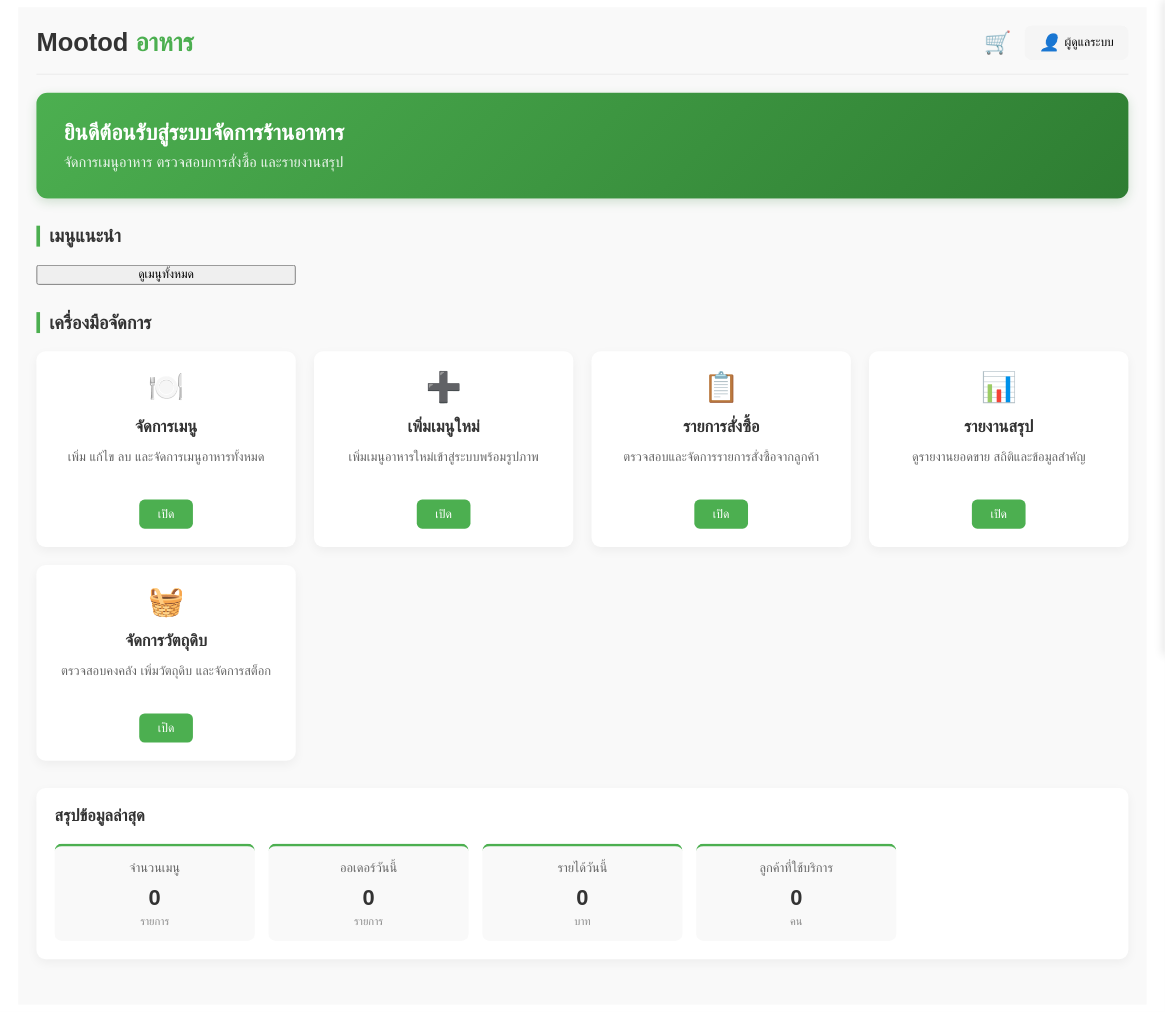
Repository: KwaunchaiJankaikot/mootod
Page: / (app in frontend/)
These files come from the project's save history. The page is drawn as it stood at one moment and after a run of saves; the edit follows.
The browser window is 1280 px wide. The pictures show the whole page, at 91% of full size.
The page's requests for data from a server got no answer. The project was rebuilt for these pictures with package versions that can differ from the ones it lists, and the page was loaded fresh each time. No one was signed in, and anything a server would have sent is missing. Also part of the build but not shown: frontend/vue.config.js, frontend/src/components/CheckoutPage.vue, frontend/src/components/AddMenu.vue, frontend/src/components/MenuList.vue, frontend/src/components/EditMenu.vue, frontend/src/components/InventoryPage.vue.

Above is the page before, as saved 2025-04-23 01:04:02.

### frontend/public/index.html
<!DOCTYPE html>
<html lang="">
  <head>
    <meta charset="utf-8">
    <meta http-equiv="X-UA-Compatible" content="IE=edge">
    <meta name="viewport" content="width=device-width,initial-scale=1.0">
    <link rel="icon" href="<%= BASE_URL %>favicon.ico">
    <title><%= htmlWebpackPlugin.options.title %></title>
    <link href="https://fonts.googleapis.com/icon?family=Material+Icons" rel="stylesheet">
    <link rel="stylesheet" href="https://fonts.googleapis.com/css2?family=Material+Symbols+Outlined:opsz,wght,FILL,GRAD@24,400,0,0" />
  </head>
  <body>
    <noscript>
      <strong>We're sorry but <%= htmlWebpackPlugin.options.title %> doesn't work properly without JavaScript enabled. Please enable it to continue.</strong>
    </noscript>
    <div id="app"></div>
    <!-- built files will be auto injected -->
  </body>
</html>

### frontend/src/main.js
import { createApp } from 'vue';
import App from './App.vue';
import router from './router';

const app = createApp(App);
app.use(router);  // ติดตั้ง Vue Router
app.mount('#app');

### frontend/src/App.vue
<template>
  <div id="app">
    <router-view></router-view>
  </div>
</template>

<script>
export default {
  name: 'App',
};
</script>

### frontend/src/router/index.js
import { createRouter, createWebHistory } from 'vue-router';
import HomePage from '../components/HomePage.vue';
import AddMenu from '../components/AddMenu.vue';
import MenuList from '../components/MenuList.vue';
import EditMenu from '../components/EditMenu.vue';
import InventoryPage from '../components/InventoryPage.vue';

const routes = [
  {
    path: '/',
    name: 'Home',
    component: HomePage
  },
  {
    path: '/add-menu',
    name: 'Menu',
    component: AddMenu
  },
  {
    path: '/menu-list',
    name: 'MenuList',
    component: MenuList
  },
  {
    path: '/edit-menu/:id',
    name: 'edit-menu',
    component: EditMenu,
    props: true,
  },

  {
    path: '/inventorypage',
    name: 'inventorypage',
    component: InventoryPage,
  },
];

const router = createRouter({
  history: createWebHistory(process.env.BASE_URL),
  routes
});

export default router;

### frontend/src/components/HomePage.vue
<template>
  <div class="home-container">
    <header class="header">
      <div class="logo">
        <img src="@/assets/logo.png" alt="Mootod Logo" v-if="false" />
        <h1>Mootod <span>อาหาร</span></h1>
      </div>
      <div class="right-menu">
        <div class="cart-icon" @click="toggleCart">
          <span>🛒</span>
          <span class="cart-badge" v-if="cartItems.length > 0">{{
            cartItems.length
          }}</span>
        </div>
        <button class="user-btn">
          <i class="user-icon">👤</i>
          <span>ผู้ดูแลระบบ</span>
        </button>
      </div>
    </header>

    <!-- ตะกร้าสินค้า -->
    <CartSidebar
      :cartItems="cartItems"
      :isCartOpen="isCartOpen"
      @close-cart="toggleCart"
      @remove-item="removeFromCart"
      @increase-quantity="increaseQuantity"
      @decrease-quantity="decreaseQuantity"
      @go-to-checkout="goToCheckout"
    />

    <!-- หน้าชำระเงิน -->
    <CheckoutPage
      v-if="isCheckoutModalOpen"
      :cartItems="cartItems"
      @close-checkout="closeCheckoutModal"
      @payment-success="handlePaymentSuccess"
    />

    <div class="welcome-banner">
      <div class="banner-content">
        <h2>ยินดีต้อนรับสู่ระบบจัดการร้านอาหาร</h2>
        <p>จัดการเมนูอาหาร ตรวจสอบการสั่งซื้อ และรายงานสรุป</p>
      </div>
    </div>

    <!-- แสดงรายการเมนู -->
    <h3 class="section-title">เมนูแนะนำ</h3>
    <div class="menu-cards">
      <div v-for="menu in menus" :key="menu.id" class="menu-card">
        <div class="card-image-container">
          <img :src="menu.image_url" alt="เมนูอาหาร" class="card-image" />
        </div>
        <div class="card-content">
          <h3>{{ menu.name }}</h3>
          <p>{{ menu.description }}</p>
          <div class="card-footer">
            <span class="price">{{ menu.price }} บาท</span>
            <button class="card-btn" @click="addToCart(menu)">สั่งอาหาร</button>
          </div>
        </div>
      </div>
      <button class="view-btn" @click="viewAllMenus">ดูเมนูทั้งหมด</button>
    </div>

    <!-- ส่วนอื่นๆ ของหน้าจัดการ -->
    <h3 class="section-title">เครื่องมือจัดการ</h3>
    <div class="admin-cards">
      <div class="card" @click="goTo('menu')">
        <div class="card-icon">🍽️</div>
        <h3>จัดการเมนู</h3>
        <p>เพิ่ม แก้ไข ลบ และจัดการเมนูอาหารทั้งหมด</p>
        <button class="card-btn">เปิด</button>
      </div>

      <div class="card" @click="goTo('add-menu')">
        <div class="card-icon">➕</div>
        <h3>เพิ่มเมนูใหม่</h3>
        <p>เพิ่มเมนูอาหารใหม่เข้าสู่ระบบพร้อมรูปภาพ</p>
        <button class="card-btn">เปิด</button>
      </div>

      <div class="card" @click="goTo('orders')">
        <div class="card-icon">📋</div>
        <h3>รายการสั่งซื้อ</h3>
        <p>ตรวจสอบและจัดการรายการสั่งซื้อจากลูกค้า</p>
        <button class="card-btn">เปิด</button>
      </div>

      <div class="card" @click="goTo('reports')">
        <div class="card-icon">📊</div>
        <h3>รายงานสรุป</h3>
        <p>ดูรายงานยอดขาย สถิติและข้อมูลสำคัญ</p>
        <button class="card-btn">เปิด</button>
      </div>

      <div class="card" @click="goTo('inventorypage')">
        <div class="card-icon">🧺</div>
        <h3>จัดการวัตถุดิบ</h3>
        <p>ตรวจสอบคงคลัง เพิ่มวัตถุดิบ และจัดการสต็อก</p>
        <button class="card-btn">เปิด</button>
      </div>
    </div>

    <div class="quick-stats">
      <h3>สรุปข้อมูลล่าสุด</h3>
      <div class="stats-grid">
        <div class="stat-card">
          <h4>จำนวนเมนู</h4>
          <div class="stat-value">{{ totalMenus || menus.length }}</div>
          <div class="stat-label">รายการ</div>
        </div>

        <div class="stat-card">
          <h4>ออเดอร์วันนี้</h4>
          <div class="stat-value">0</div>
          <div class="stat-label">รายการ</div>
        </div>

        <div class="stat-card">
          <h4>รายได้วันนี้</h4>
          <div class="stat-value">0</div>
          <div class="stat-label">บาท</div>
        </div>

        <div class="stat-card">
          <h4>ลูกค้าที่ใช้บริการ</h4>
          <div class="stat-value">0</div>
          <div class="stat-label">คน</div>
        </div>
      </div>
    </div>
  </div>
</template>

<script>
import axios from "axios";
import CartSidebar from "@/components/CartSidebar.vue";
import CheckoutPage from "@/components/CheckoutPage.vue";

export default {
  name: "HomePage",
  components: {
    CartSidebar,
    CheckoutPage
  },
  data() {
    return {
      menus: [],
      totalMenus: 0,
      cartItems: [],
      isCartOpen: false,
      isCheckoutModalOpen: false,
    };
  },
  mounted() {
    this.fetchMenus();
    // โหลดข้อมูลตะกร้าจาก localStorage (ถ้ามี)
    const savedCart = localStorage.getItem("cart");
    if (savedCart) {
      this.cartItems = JSON.parse(savedCart);
    }
  },
  methods: {
    goTo(route) {
      switch (route) {
        case "menu":
          this.$router.push("/menu-list");
          break;
        case "add-menu":
          this.$router.push("/add-menu");
          break;
        case "orders":
          this.$router.push("/orders");
          break;
        case "reports":
          this.$router.push("/reports");
          break;
         case "inventorypage":
          this.$router.push("/inventorypage");
          break;
        default:
          this.$router.push("/");
      }
    },
    fetchMenus() {
      axios
        .get("http://localhost:5000/menus") // เปลี่ยนเป็น URL ของ API ที่คุณใช้
        .then((response) => {
          this.menus = response.data; // บันทึกข้อมูลเมนูใน state
          this.totalMenus = this.menus.length;
        })
        .catch((error) => {
          console.error("เกิดข้อผิดพลาดในการดึงข้อมูลเมนู:", error);
          this.totalMenus = this.menus.length;
        });
    },
    // ฟังก์ชันเกี่ยวกับตะกร้าสินค้า
    addToCart(menu) {
      // ตรวจสอบว่ามีรายการนี้ในตะกร้าหรือไม่
      const existingItem = this.cartItems.find((item) => item.id === menu.id);

      if (existingItem) {
        // ถ้ามีอยู่แล้ว เพิ่มจำนวน
        existingItem.quantity += 1;
      } else {
        // ถ้ายังไม่มี เพิ่มรายการใหม่พร้อมจำนวน = 1
        this.cartItems.push({
          ...menu,
          quantity: 1,
        });
      }

      // บันทึกลง localStorage
      this.saveCart();

      // เปิดตะกร้าสินค้า
      this.isCartOpen = true;
    },
    toggleCart() {
      this.isCartOpen = !this.isCartOpen;
    },
    removeFromCart(index) {
      this.cartItems.splice(index, 1);
      this.saveCart();
    },
    increaseQuantity(index) {
      this.cartItems[index].quantity += 1;
      this.saveCart();
    },
    decreaseQuantity(index) {
      if (this.cartItems[index].quantity > 1) {
        this.cartItems[index].quantity -= 1;
      } else {
        // ถ้าเหลือแค่ 1 ชิ้น แล้วกดลด ให้ลบรายการออกจากตะกร้า
        this.removeFromCart(index);
      }
      this.saveCart();
    },
    saveCart() {
      localStorage.setItem("cart", JSON.stringify(this.cartItems));
    },
    // ฟังก์ชันเกี่ยวกับการชำระเงิน
    goToCheckout() {
      this.isCheckoutModalOpen = true;
      this.isCartOpen = false; // ปิดตะกร้าเมื่อไปที่หน้าชำระเงิน
    },
    closeCheckoutModal() {
      this.isCheckoutModalOpen = false;
    },
    handlePaymentSuccess() {
      // ล้างตะกร้า
      this.cartItems = [];
      this.saveCart();
      // ปิดหน้าชำระเงิน (จะถูกจัดการโดย CheckoutPage component แล้ว)
    },
  },
};
</script>

<style scoped>
.home-container {
  max-width: 1200px;
  margin: 0 auto;
  padding: 20px;
  font-family: "Prompt", "Kanit", sans-serif;
  background-color: #f9f9f9;
  position: relative;
}

/* Header */
.header {
  display: flex;
  justify-content: space-between;
  align-items: center;
  margin-bottom: 20px;
  padding-bottom: 15px;
  border-bottom: 1px solid #eaeaea;
}

.logo {
  display: flex;
  align-items: center;
}

.logo h1 {
  font-size: 28px;
  font-weight: 700;
  color: #333;
  margin: 0;
}

.logo span {
  color: #4caf50;
}

.logo img {
  height: 40px;
  margin-right: 10px;
}

.right-menu {
  display: flex;
  align-items: center;
  gap: 15px;
}

.cart-icon {
  position: relative;
  cursor: pointer;
  font-size: 24px;
}

.cart-badge {
  position: absolute;
  top: -8px;
  right: -8px;
  background-color: #f44336;
  color: white;
  border-radius: 50%;
  width: 18px;
  height: 18px;
  font-size: 12px;
  display: flex;
  align-items: center;
  justify-content: center;
}

.user-btn {
  display: flex;
  align-items: center;
  background: #f5f5f5;
  border: none;
  border-radius: 8px;
  padding: 8px 16px;
  cursor: pointer;
  transition: background-color 0.2s;
}

.user-btn:hover {
  background: #eaeaea;
}

.user-icon {
  margin-right: 5px;
  font-size: 18px;
}

/* Welcome Banner */
.welcome-banner {
  background: linear-gradient(135deg, #4caf50 0%, #2e7d32 100%);
  border-radius: 12px;
  padding: 30px;
  margin-bottom: 30px;
  color: white;
  box-shadow: 0 4px 12px rgba(46, 125, 50, 0.2);
}

.banner-content h2 {
  font-size: 24px;
  margin: 0 0 10px 0;
  font-weight: 600;
}

.banner-content p {
  font-size: 16px;
  margin: 0;
  opacity: 0.9;
}

/* Section Titles */
.section-title {
  font-size: 20px;
  font-weight: 600;
  color: #333;
  margin-top: 30px;
  margin-bottom: 20px;
  border-left: 4px solid #4caf50;
  padding-left: 10px;
}

/* Menu Cards - แสดงเมนูอาหาร */
.menu-cards {
  display: grid;
  grid-template-columns: repeat(auto-fill, minmax(280px, 1fr));
  gap: 20px;
  margin-bottom: 30px;
}

.menu-card {
  background: white;
  border-radius: 10px;
  overflow: hidden;
  box-shadow: 0 4px 12px rgba(0, 0, 0, 0.05);
  transition: transform 0.3s ease, box-shadow 0.3s ease;
  cursor: pointer;
}

.menu-card:hover {
  transform: translateY(-5px);
  box-shadow: 0 8px 20px rgba(0, 0, 0, 0.1);
}

.card-image-container {
  width: 100%;
  height: 180px;
  overflow: hidden;
}

.card-image {
  width: 100%;
  height: 100%;
  object-fit: cover;
  transition: transform 0.3s ease;
}

.menu-card:hover .card-image {
  transform: scale(1.05);
}

.card-content {
  padding: 15px;
}

.card-content h3 {
  font-size: 18px;
  margin: 0 0 8px 0;
  color: #333;
}

.card-content p {
  font-size: 14px;
  color: #666;
  margin: 0 0 15px 0;
  height: 40px;
  overflow: hidden;
  display: -webkit-box;
  -webkit-line-clamp: 2;
  -webkit-box-orient: vertical;
}

.card-footer {
  display: flex;
  justify-content: space-between;
  align-items: center;
}

.price {
  font-weight: 600;
  color: #4caf50;
}

/* Admin Cards - การ์ดจัดการระบบ */
.admin-cards {
  display: grid;
  grid-template-columns: repeat(auto-fill, minmax(250px, 1fr));
  gap: 20px;
  margin-bottom: 30px;
}

.card {
  background: white;
  border-radius: 10px;
  padding: 20px;
  box-shadow: 0 4px 12px rgba(0, 0, 0, 0.05);
  text-align: center;
  transition: transform 0.3s ease, box-shadow 0.3s ease;
  cursor: pointer;
}

.card:hover {
  transform: translateY(-5px);
  box-shadow: 0 8px 20px rgba(0, 0, 0, 0.1);
}

.card-icon {
  font-size: 32px;
  margin-bottom: 15px;
}

.card h3 {
  font-size: 18px;
  margin: 0 0 10px 0;
  color: #333;
}

.card p {
  color: #666;
  font-size: 14px;
  margin-bottom: 15px;
  height: 40px;
  overflow: hidden;
  display: -webkit-box;
  -webkit-line-clamp: 2;
  -webkit-box-orient: vertical;
}

.card-btn {
  background-color: #4caf50;
  color: white;
  border: none;
  padding: 8px 20px;
  border-radius: 6px;
  cursor: pointer;
  font-weight: 500;
  transition: background-color 0.2s;
}

.card-btn:hover {
  background-color: #45a049;
}

/* Quick Stats */
.quick-stats {
  background: white;
  border-radius: 10px;
  padding: 20px;
  box-shadow: 0 4px 12px rgba(0, 0, 0, 0.05);
  margin-bottom: 30px;
}

.quick-stats h3 {
  margin-top: 0;
  margin-bottom: 20px;
  color: #333;
  font-size: 18px;
  font-weight: 600;
}

.stats-grid {
  display: grid;
  grid-template-columns: repeat(auto-fill, minmax(200px, 1fr));
  gap: 15px;
}

.stat-card {
  background: #f9f9f9;
  padding: 15px;
  border-radius: 8px;
  text-align: center;
  border-top: 3px solid #4caf50;
}

.stat-card h4 {
  font-size: 14px;
  font-weight: 500;
  color: #666;
  margin: 0 0 10px 0;
}

.stat-value {
  font-size: 24px;
  font-weight: 600;
  color: #333;
  margin-bottom: 5px;
}

.stat-label {
  font-size: 12px;
  color: #888;
}

/* Responsive */
@media (max-width: 768px) {
  .menu-cards,
  .admin-cards {
    grid-template-columns: repeat(auto-fill, minmax(220px, 1fr));
  }

  .welcome-banner {
    padding: 25px;
  }

  .banner-content h2 {
    font-size: 22px;
  }
}

@media (max-width: 480px) {
  .home-container {
    padding: 15px;
  }

  .header {
    flex-direction: column;
    align-items: flex-start;
  }

  .right-menu {
    margin-top: 15px;
    width: 100%;
    justify-content: space-between;
  }

  .menu-cards,
  .admin-cards {
    grid-template-columns: 1fr;
  }

  .welcome-banner {
    padding: 20px;
  }

  .stats-grid {
    grid-template-columns: 1fr 1fr;
  }

  .card-image-container {
    height: 160px;
  }
}
</style>

### frontend/src/components/CartSidebar.vue
<template>
  <div class="cart-sidebar" :class="{ 'cart-active': isCartOpen }">
    <div class="cart-header">
      <h3>ตะกร้าสินค้า</h3>
      <button class="close-btn" @click="closeCart">✕</button>
    </div>

    <div v-if="cartItems.length === 0" class="empty-cart">
      <span>🛒</span>
      <p>ไม่มีรายการในตะกร้า</p>
    </div>

    <div v-else class="cart-items">
      <div v-for="(item, index) in cartItems" :key="index" class="cart-item">
        <div class="cart-item-img">
          <img :src="item.image_url" alt="เมนูอาหาร" />
        </div>
        <div class="cart-item-info">
          <h4>{{ item.name }}</h4>
          <div class="item-price">{{ item.price }} บาท</div>
        </div>
        <div class="cart-item-actions">
          <button class="qty-btn" @click="decreaseQuantity(index)">-</button>
          <span class="item-qty">{{ item.quantity }}</span>
          <button class="qty-btn" @click="increaseQuantity(index)">+</button>
          <button class="remove-btn" @click="removeFromCart(index)">
            ลบ
          </button>
        </div>
      </div>
    </div>

    <div class="cart-summary" v-if="cartItems.length > 0">
      <div class="summary-row">
        <span>ยอดรวม:</span>
        <span class="summary-price">{{ calculateTotal() }} บาท</span>
      </div>
      <button class="checkout-btn" @click="goToCheckout">ไปชำระเงิน</button>
    </div>
  </div>
</template>

<script>
export default {
  name: "CartSidebar",
  props: {
    cartItems: {
      type: Array,
      required: true
    },
    isCartOpen: {
      type: Boolean,
      default: false
    }
  },
  methods: {
    closeCart() {
      this.$emit('close-cart');
    },
    removeFromCart(index) {
      this.$emit('remove-item', index);
    },
    increaseQuantity(index) {
      this.$emit('increase-quantity', index);
    },
    decreaseQuantity(index) {
      this.$emit('decrease-quantity', index);
    },
    calculateTotal() {
      return this.cartItems.reduce((total, item) => {
        return total + (item.price * item.quantity);
      }, 0);
    },
    goToCheckout() {
      this.$emit('go-to-checkout');
    }
  }
};
</script>

<style scoped>
/* Cart Sidebar */
.cart-sidebar {
  position: fixed;
  top: 0;
  right: -350px;
  width: 350px;
  height: 100vh;
  background-color: white;
  box-shadow: -2px 0 10px rgba(0, 0, 0, 0.1);
  z-index: 1000;
  transition: right 0.3s ease;
  display: flex;
  flex-direction: column;
}

.cart-active {
  right: 0;
}

.cart-header {
  display: flex;
  justify-content: space-between;
  align-items: center;
  padding: 15px 20px;
  border-bottom: 1px solid #eaeaea;
}

.cart-header h3 {
  margin: 0;
  font-size: 18px;
}

.close-btn {
  background: none;
  border: none;
  font-size: 18px;
  cursor: pointer;
  color: #777;
}

.empty-cart {
  display: flex;
  flex-direction: column;
  align-items: center;
  justify-content: center;
  padding: 50px 20px;
  color: #777;
}

.empty-cart span {
  font-size: 48px;
  margin-bottom: 15px;
  opacity: 0.5;
}

.cart-items {
  flex: 1;
  overflow-y: auto;
  padding: 15px;
}

.cart-item {
  display: flex;
  padding: 10px 0;
  border-bottom: 1px solid #eaeaea;
  margin-bottom: 10px;
}

.cart-item-img {
  width: 60px;
  height: 60px;
  overflow: hidden;
  border-radius: 6px;
  margin-right: 10px;
}

.cart-item-img img {
  width: 100%;
  height: 100%;
  object-fit: cover;
}

.cart-item-info {
  flex: 1;
}

.cart-item-info h4 {
  margin: 0 0 5px 0;
  font-size: 16px;
}

.item-price {
  color: #4caf50;
  font-weight: 500;
}

.cart-item-actions {
  display: flex;
  align-items: center;
  gap: 5px;
}

.qty-btn {
  width: 24px;
  height: 24px;
  border: 1px solid #ddd;
  background: white;
  border-radius: 4px;
  display: flex;
  align-items: center;
  justify-content: center;
  cursor: pointer;
}

.item-qty {
  width: 20px;
  text-align: center;
}

.remove-btn {
  background: #f44336;
  color: white;
  border: none;
  border-radius: 4px;
  padding: 3px 8px;
  font-size: 12px;
  cursor: pointer;
  margin-left: 5px;
}

.cart-summary {
  padding: 15px;
  border-top: 1px solid #eaeaea;
  background-color: #f9f9f9;
}

.summary-row {
  display: flex;
  justify-content: space-between;
  margin-bottom: 15px;
  font-weight: 500;
}

.summary-price {
  color: #4caf50;
  font-size: 18px;
  font-weight: 600;
}

.checkout-btn {
  width: 100%;
  padding: 12px;
  background-color: #4caf50;
  color: white;
  border: none;
  border-radius: 6px;
  font-weight: 500;
  cursor: pointer;
  transition: background-color 0.2s;
}

.checkout-btn:hover {
  background-color: #45a049;
}

@media (max-width: 768px) {
  .cart-sidebar {
    width: 300px;
  }
}

@media (max-width: 480px) {
  .cart-sidebar {
    width: 85%;
  }
}
</style>

After the next 3 saves:
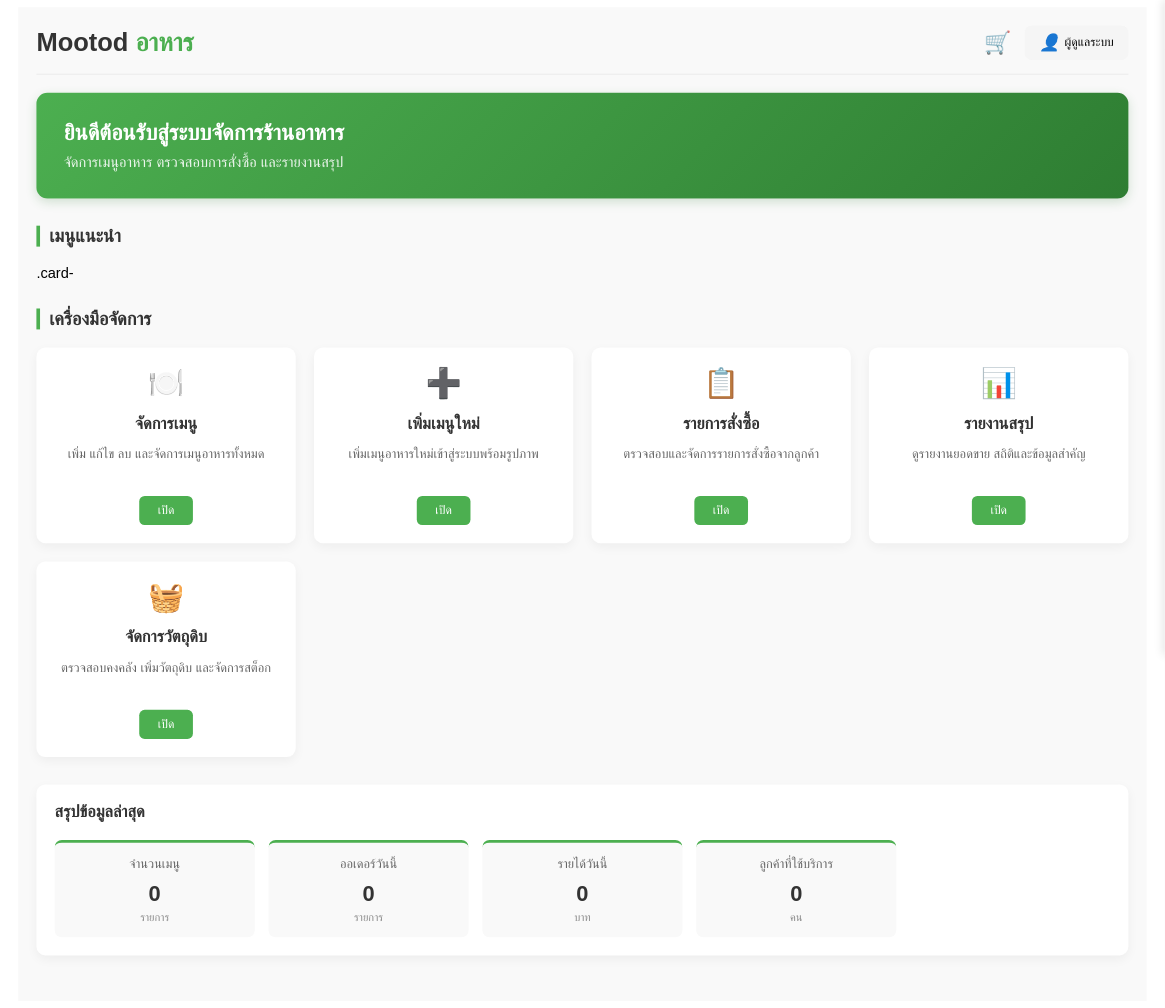
The 3 saves are shown as one change because they came seconds apart.
The last was saved 19 s later.
--- a/frontend/src/components/HomePage.vue
+++ b/frontend/src/components/HomePage.vue
@@ -61,7 +61,7 @@
           </div>
         </div>
       </div>
-      <button class="view-btn" @click="viewAllMenus">ดูเมนูทั้งหมด</button>
+      .card-
     </div>
 
     <!-- ส่วนอื่นๆ ของหน้าจัดการ -->
